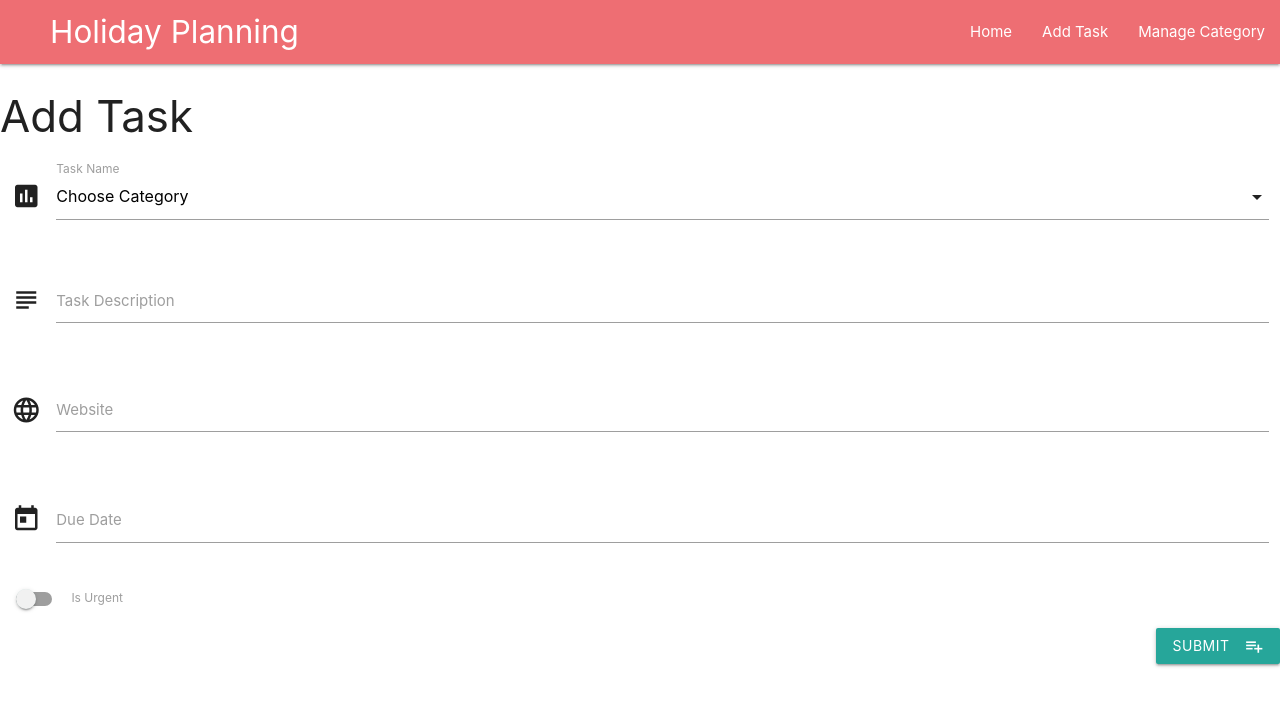
Repository: Code-Institute-Submissions/Project3-Holiday_Planning
Page: http://localhost/add_task
The author's editor kept a record of every edit. The page is drawn from the files as they stood at one moment, then again after the next edit.
The browser window is 1280 px wide. The pictures show the whole page.
Some web libraries are served in a nearby version. The page is served by the project's application, run on Flask 3 (app.py). Queries for data that is not in the repository find no rows.

Above is the page before.

### templates/addTask.html
{% extends 'layout.html' %} {% block content %}


<h3>Add Task</h3>
<div class="row">
    <form action="{{ url_for('insert_task') }}" method="POST" class="col s12">


        <!--put in select option initialization in layout.html-->
        <div class="row">
            <div class="input-field col s12">
                <i class="material-icons prefix">poll</i>
                <!--Replace <input id> with <select>. Keep the 1st option and change the rest option with category from Mongodb-->
                <!--<input id="task_name" name="task_name" type="text">-->
                <select id="category" name="category_name">
                  <option value="" disabled selected>Choose Category</option>
                  {% for cat in category %}
                      <option value="{{cat.category_name}}">{{cat.category_name}}</option>
                  {% endfor %}
                </select>
                <label for="icon_prefix">Task Name</label>
            </div>
        </div>



        <div class="row">
            <div class="input-field col s12">
                <i class="material-icons prefix">subject</i>
                <textarea name="task_description" id="task_description" class="materialize-textarea"></textarea>
                <label for="icon_telephone">Task Description</label>
            </div>
        </div>


        <div class="row">
            <div class="input-field col s12">
                <i class="material-icons prefix">language</i>
                <textarea name="website" id="Website" class="materialize-textarea"></textarea>
                <label for="icon_telephone">Website</label>
            </div>
        </div>



        <!--put the datepicker initialization in layout.html-->
        <div class="row">
            <div class="input-field col s12">
                <i class="material-icons prefix">today</i>
                <input id="due_date" name="due_date" type="text" class="datepicker">
                <label for="icon_prefix">Due Date</label>
            </div>
        </div>


        <div class="row">
            <div class="switch">
                <label>
                  <input id="is_urgent" name="is_urgent" type="checkbox">
                  <span class="lever"></span>
                  Is Urgent
                </label>
            </div>
        </div>


        <div class="row">
            <button class="btn waves-effect waves-light" type="submit" name="action" style="float: right">Submit
                <i class="material-icons right">playlist_add</i>
             </button>
        </div>

    </form>
</div>

{% endblock %}

### templates/layout.html
<!DOCTYPE html>
<html>

<head>
        <link href="https://fonts.googleapis.com/icon?family=Material+Icons" rel="stylesheet">
        <link rel="stylesheet" href="https://cdnjs.cloudflare.com/ajax/libs/materialize/1.0.0/css/materialize.min.css">
        <link rel="stylesheet" href="{{url_for('static', filename='css/style.css')}}" type="text/css"/>
</head>


<body>
    <header>
        <nav>
            <div class="nav-wrapper">
                <a href="{{url_for('get_tasks')}}" class="brand-logo">Holiday Planning</a>
                <a href="#" data-activates="mobile-demo" class="sidenav-trigger"><i class="material-icons">menu</i></a>

                <ul id="nav-mobile" class="right hide-on-med-and-down">
                    <li><a href="{{url_for('get_tasks')}}">Home</a></li>
                    <li><a href="{{url_for('add_task')}}">Add Task</a></li>
                    <li><a href="{{url_for('get_category')}}">Manage Category</a></li>
                </ul>

                <!--extended hamburger navbar added for mobile-->
                <ul class="sidenav" id="mobile-demo">

                    <li><a href="{{url_for('get_tasks')}}">Home</a></li>
                    <li><a href="{{url_for('add_task')}}">Add Task</a></li>
                    <li><a href="{{url_for('get_category')}}">Manage Category</a></li>
                </ul>
            </div>
        </nav>
    </header>

    <div>
        {% block content %} {% endblock %}
    </div>


    <!--<script src="https://cdnjs.cloudflare.com/ajax/libs/jquery/3.4.1/jquery.min.js"></script>-->
   <script <script type="text/javascript" src="https://code.jquery.com/jquery-2.1.1.min.js"></script>
    <script src="https://cdnjs.cloudflare.com/ajax/libs/materialize/1.0.0/js/materialize.min.js"></script>

    <!--to perform the collapsible, datepicker and select option function-->
    <script type="text/javascript">
        $(document).ready(function(){
            $('.collapsible').collapsible();
            $('.datepicker').datepicker({
                format:'dd/mm/yyyy'
            });
            $('select').formSelect();
            $('.sidenav').sidenav();

        });

        // $('.datepicker').pickadate({
        //     selectMonths: true, // Creates a dropdown to control month
        //     selectYears: 15, // Creates a dropdown of 15 years to control year,
        //     today: 'Today',
        //     clear: 'Clear',
        //     close: 'Ok',
        //     closeOnSelect: false // Close upon selecting a date,
        // });

        </script>


        {%block extra_js%}{%endblock%}
</body>

</html>

### app.py
import os
from flask import Flask, render_template, redirect, request, url_for
from flask_pymongo import PyMongo
from bson.objectid import ObjectId


app = Flask(__name__)
app.config["MONGO_DBNAME"] = 'holiday_planning'
app.config["MONGO_URI"] = 'mongodb+srv://root:es1234@cluster0-dio8w.mongodb.net/holiday_planning?retryWrites=true&w=majority'
mongo = PyMongo(app)


# Function to display landing page
@app.route('/')
def index():
    return render_template("tasks.html", tasks=mongo.db.tasks.find())


# T1 - Function to fetch all our data in mongodb pass it back to tasks.html
@app.route('/get_tasks')
def get_tasks():
    return render_template("tasks.html",
                            tasks=mongo.db.tasks.find())



# T2 & T3 - After add_task, must follow by insert_task
@app.route('/add_task')
def add_task():
    return render_template('addTask.html',
                            category=mongo.db.category.find())


@app.route('/insert_task', methods=['POST'])
def insert_task():
    tasks = mongo.db.tasks
    tasks.insert_one(request.form.to_dict())
    return redirect(url_for('get_tasks'))



# T4 & T5 - After edit_task, must follow by update_task
@app.route('/edit_task/<task_id>')
def edit_task(task_id):
    the_task =  mongo.db.tasks.find_one({"_id": ObjectId(task_id)})
    all_category =  mongo.db.category.find()
    return render_template('editTask.html', task=the_task,
                           category=all_category)


@app.route('/update_task/<task_id>', methods=["POST"])
def update_task(task_id):
    tasks = mongo.db.tasks
    tasks.update( {'_id': ObjectId(task_id)},
    {
        'category_name':request.form.get('category_name'),
        'task_name':request.form.get('task_name'),
        'task_description': request.form.get('task_description'),
        'person_in-charge': request.form.get('person_in-charge'),
        'website': request.form.get('website'),
        'due_date': request.form.get('due_date'),
        'is_urgent':request.form.get('is_urgent')
    })
    return redirect(url_for('get_tasks'))


# T6 - Delete task from the get_tasks page
@app.route('/delete_task/<task_id>')
def delete_task(task_id):
    return redirect(url_for('get_tasks'))





# CATEGORY

# C1 - Function to fetch all our data in mongodb pass it back to category.html
@app.route('/get_category')
def get_category():
    return render_template("category.html",
                            category=mongo.db.category.find())



# C2 & C3 - After add_category, must follow by insert_category
@app.route('/add_category')
def add_category():
    return render_template('addCategory.html')




if __name__ == '__main__':
    app.run(host=os.environ.get('IP'),
            port=int(os.environ.get('PORT')),
            debug=True)

### static/css/style.css
.btn_small {
    height: 24px;
    width: 60px;
    line-height: 24px;
    margin: 5px 5px;
    padding: 0.5em;
}


.task_header {
    margin-top: 5px;
}


.nav-wrapper,
h5{
    margin: 0px;
    padding:0px 0px 0px 50px;
    /*color: white;*/
    /*height:50px;*/
    /*background-color: #f7babd;*/
}




.allTask,
.addTask{
    /*color: white;*/
    height:50px;
    background-color: #f5a3a7;
    vertical-align: baseline;
    padding-top: 10px;
}

After the next edit:
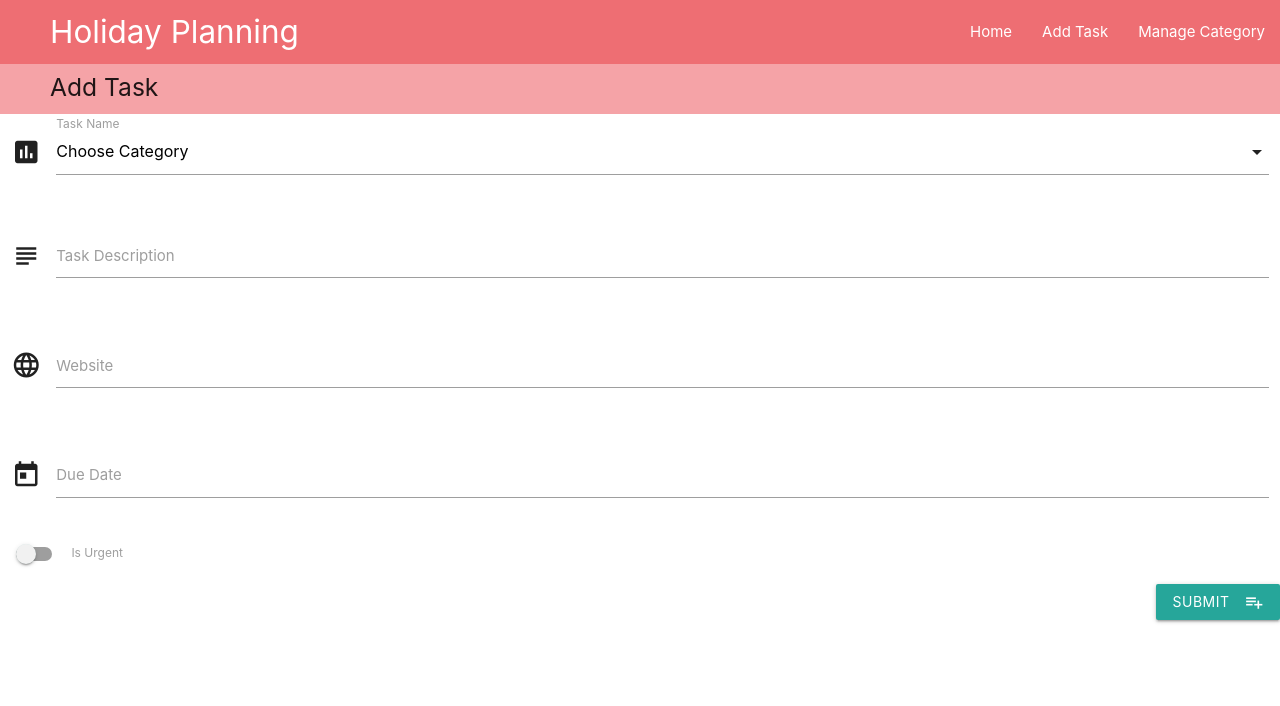
The edit:
--- a/templates/addTask.html
+++ b/templates/addTask.html
@@ -1,7 +1,11 @@
 {% extends 'layout.html' %} {% block content %}
 
 
-<h3>Add Task</h3>
+<div class="addTask">
+    <h5>Add Task</h5>
+</div>
+
+
 <div class="row">
     <form action="{{ url_for('insert_task') }}" method="POST" class="col s12">
 
